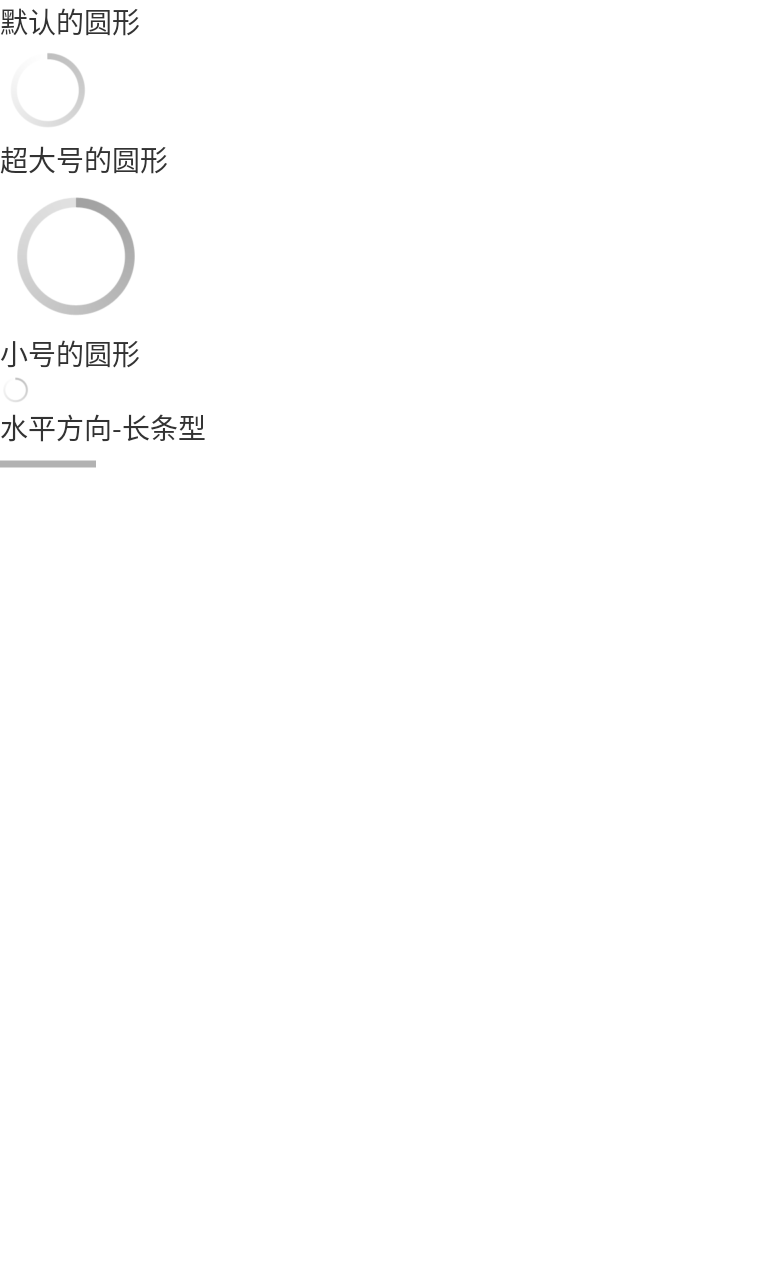
Repository: ling-cen/demo
Layout: UI_ProGressBar/res/layout/progressbar_layout.xml
These files come from the project's save history. The layout is drawn as it stood at one moment and after the next save; the edit follows.
It is drawn on a 768 x 1280 px phone screen (xhdpi) without system bars, with theme AppTheme; the app's code is not run.

Above is the layout before, as saved 2018-12-13 12:19:36.

### UI_ProGressBar/res/layout/progressbar_layout.xml
<?xml version="1.0" encoding="utf-8"?>
<LinearLayout xmlns:android="http://schemas.android.com/apk/res/android"
    android:layout_width="match_parent"
    android:layout_height="match_parent"
    android:orientation="vertical" >

    <TextView
        android:layout_width="match_parent"
        android:layout_height="wrap_content"
        android:text="默认的圆形" />

    <ProgressBar
        android:layout_width="wrap_content"
        android:layout_height="wrap_content" />

    <TextView
        android:layout_width="match_parent"
        android:layout_height="wrap_content"
        android:text="超大号的圆形" />

    <ProgressBar
        style="?android:attr/progressBarStyleLarge"
        android:layout_width="wrap_content"
        android:layout_height="wrap_content" />

    <TextView
        android:layout_width="match_parent"
        android:layout_height="wrap_content"
        android:text="小号的圆形" />

    <ProgressBar
        style="?android:attr/progressBarStyleSmall"
        android:layout_width="wrap_content"
        android:layout_height="wrap_content" />



    <TextView
        android:layout_width="match_parent"
        android:layout_height="wrap_content"
        android:text="水平方向-长条型" />

    <ProgressBar
        style="?android:attr/progressBarStyleHorizontal"
        android:layout_width="wrap_content"
        android:layout_height="wrap_content" />


</LinearLayout>

Loaded but not shown: UI_ProGressBar/res/values/styles.xml (common file); UI_ProGressBar/res/values-v11/styles.xml (common file); UI_ProGressBar/res/values-v14/styles.xml (common file)

After the next save:
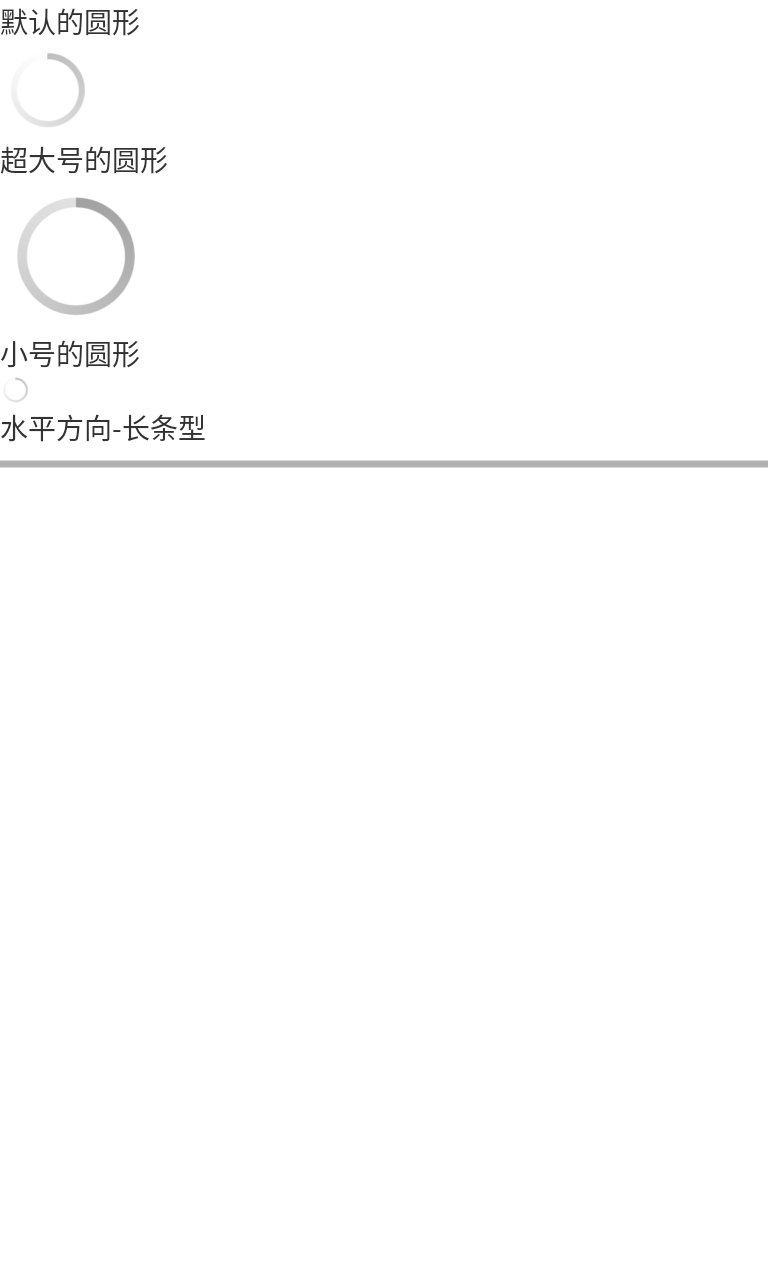
Saved 69 s later.
--- a/UI_ProGressBar/res/layout/progressbar_layout.xml
+++ b/UI_ProGressBar/res/layout/progressbar_layout.xml
@@ -42,8 +42,10 @@
 
     <ProgressBar
         style="?android:attr/progressBarStyleHorizontal"
-        android:layout_width="wrap_content"
+        android:max="100"
+        android:layout_width="match_parent"
         android:layout_height="wrap_content" />
 
 
+
 </LinearLayout>
